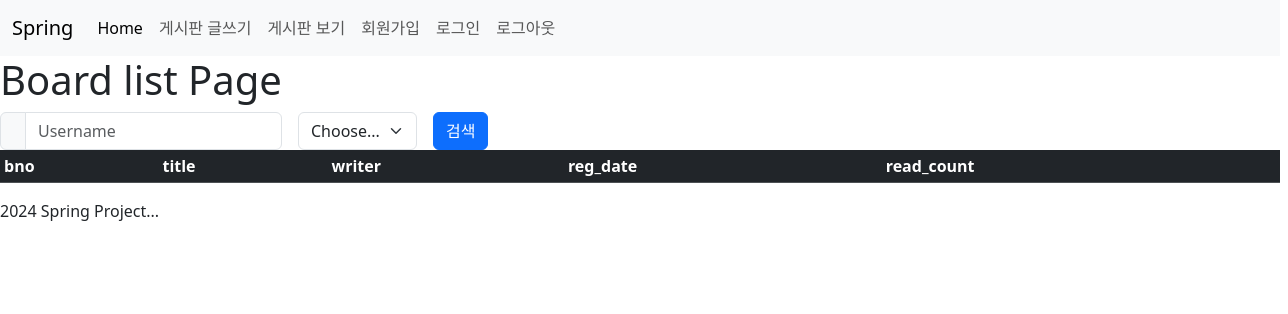
Repository: leechanggyu1118/Spring
Page: http://localhost/spring_study/WEB-INF/views/board/list.jsp
These files come from the project's save history. The page is drawn as it stood at one moment and after the next save; the edit follows.
The browser window is 1280 px wide. The page is 1288 px wide, so the pictures cover 1288 px, including what lies to the right of the window. The pictures show the whole page.
The page is served by Tomcat 9. Nobody is signed in. The template is opened directly, without the code that normally fills it, so the values that code supplies are empty.

Above is the page before, as saved 2024-04-24 08:23:35.

After the next save:
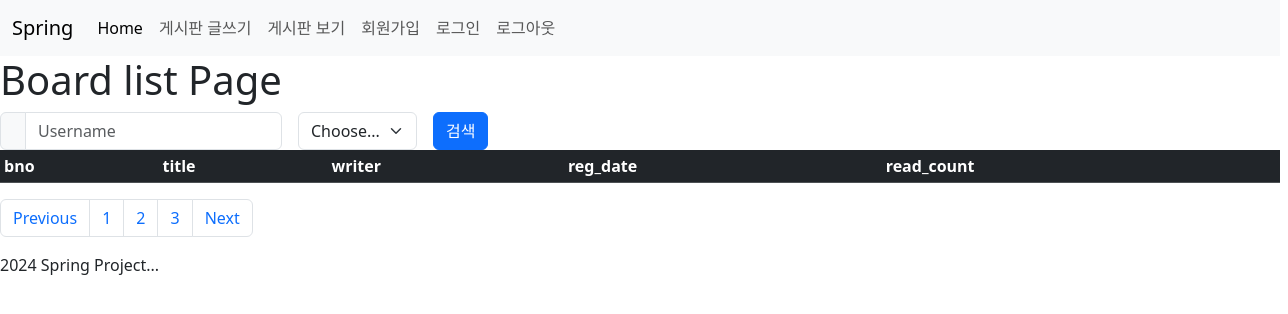
Saved 97 s later.
--- a/spring_study/src/main/webapp/WEB-INF/views/board/list.jsp
+++ b/spring_study/src/main/webapp/WEB-INF/views/board/list.jsp
@@ -59,7 +59,15 @@
 
 	</table>
 	<!-- 페이지네이션라인  -->
-
+	<nav aria-label="Page navigation example">
+  <ul class="pagination">
+    <li class="page-item"><a class="page-link" href="#">Previous</a></li>
+    <li class="page-item"><a class="page-link" href="#">1</a></li>
+    <li class="page-item"><a class="page-link" href="#">2</a></li>
+    <li class="page-item"><a class="page-link" href="#">3</a></li>
+    <li class="page-item"><a class="page-link" href="#">Next</a></li>
+  </ul>
+</nav>
 
 
 </div>
